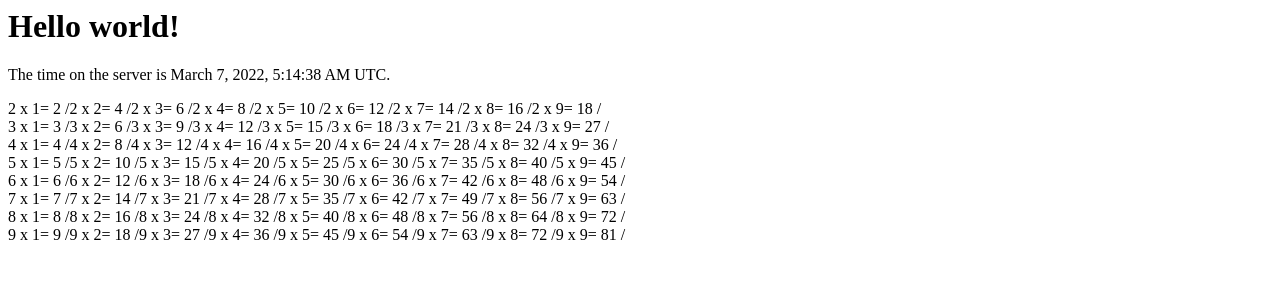
Repository: qkrgnsgml/springAtCollege
Page: http://localhost/Hello/
An editor plug-in stored every save of this project. The page is shown before and after the next save, followed by the edit.
The browser window is 1280 px wide. The pictures show the whole page.
The page is served by Tomcat 9. The template is opened directly, without the code that normally fills it, so the values that code supplies are empty.

Above is the page before, as saved 2022-03-07 05:18:15.

After the next save:
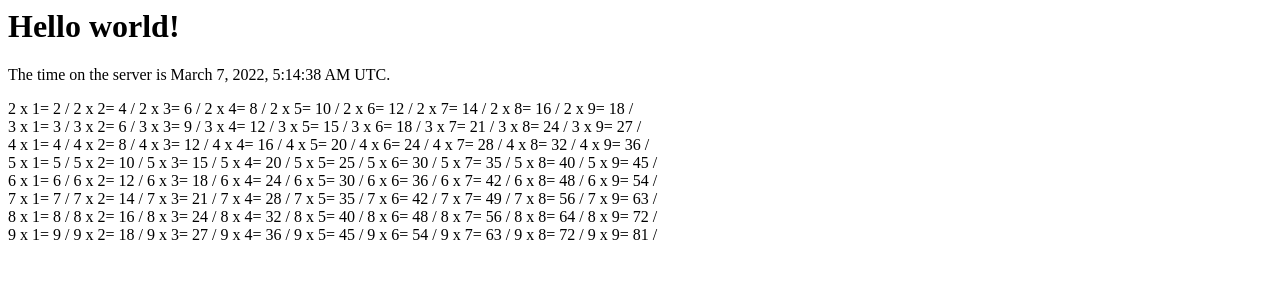
Saved 14 s later.
--- a/Hello/src/main/webapp/WEB-INF/views/home.jsp
+++ b/Hello/src/main/webapp/WEB-INF/views/home.jsp
@@ -15,7 +15,7 @@
 
 	for(int i =2; i<10;i++){
 		for(int j=1;j<10;j++){
-			out.print(i+" x "+j+"= "+i*j +" /");
+			out.print(i+" x "+j+"= "+i*j +" / ");
 		}
 		out.print("<br>");
 	}
